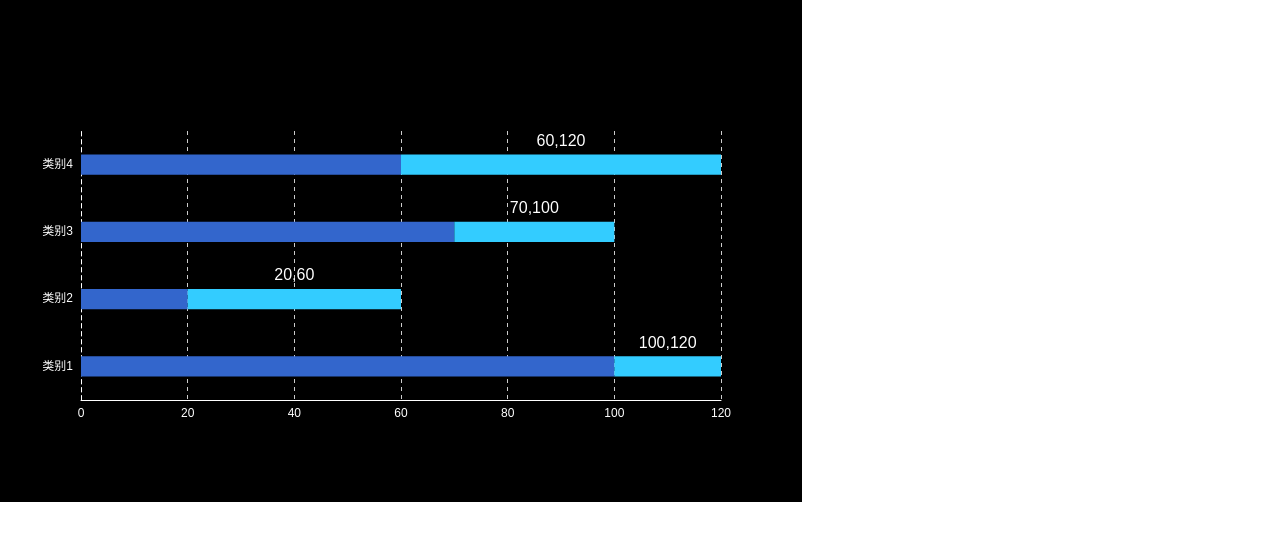
Repository: 572031690/echartproj
Page: /#/test
An editor plug-in stored every save of this project. The page is shown before and after the next save, followed by the edit.
The browser window is 1280 px wide. The pictures show the whole page.
The project was rebuilt for these pictures with package versions that can differ from the ones it lists, and the page was loaded fresh each time. Also part of the build but not shown: vue.config.js, src/components/Seller.vue, src/views/SellerPage.vue, src/utils/theme_utils.js, src/components/Trend.vue, src/views/TrendPage.vue, src/utils/map_utils.js, src/components/Map.vue and 9 more.

Above is the page before, as saved 2021-08-05 10:20:56.

After the next save:
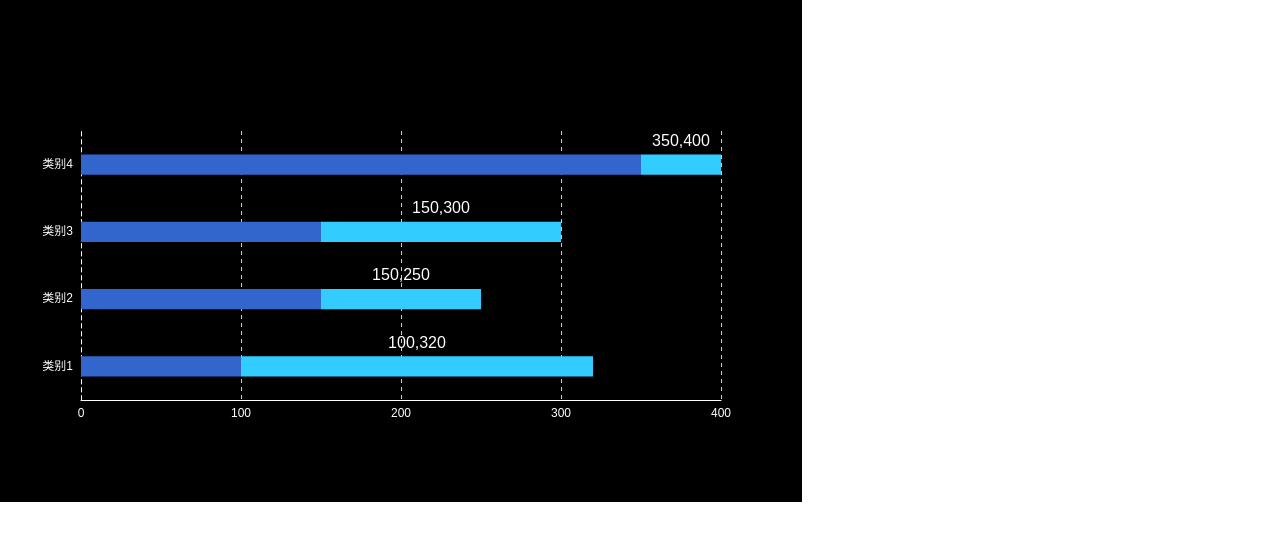
Saved 67 s later.
--- a/src/components/Test.vue
+++ b/src/components/Test.vue
@@ -14,10 +14,10 @@ export default {
     return {
       chartInstance: null,
       seriesData: [
-        [100, 120],
-        [20, 60],
-        [70, 100],
-        [60, 120]
+        [100, 320],
+        [150, 250],
+        [150, 300],
+        [350, 400]
       ],
       barChart: {
         xAxisData: ["类别1", "类别2", "类别3", "类别4"],
